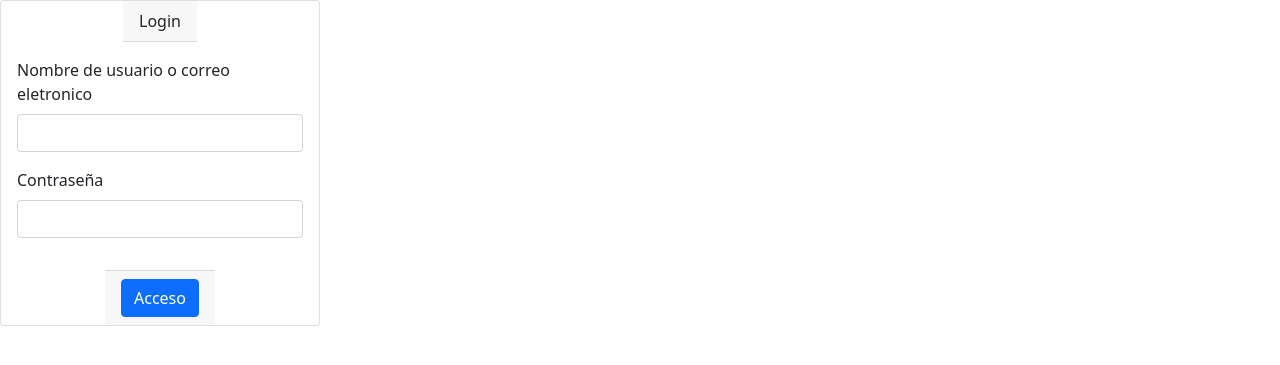
Repository: j0sh-404/control-clases-alumnos
Page: vista/login/login.html
The author's editor kept a copy of each file at every save. The page is drawn from the files as they stood at one save, then again after the next save.
The browser window is 1280 px wide. The pictures show the whole page.

Above is the page before, as saved 2022-07-09 15:15:19.

After the next save:
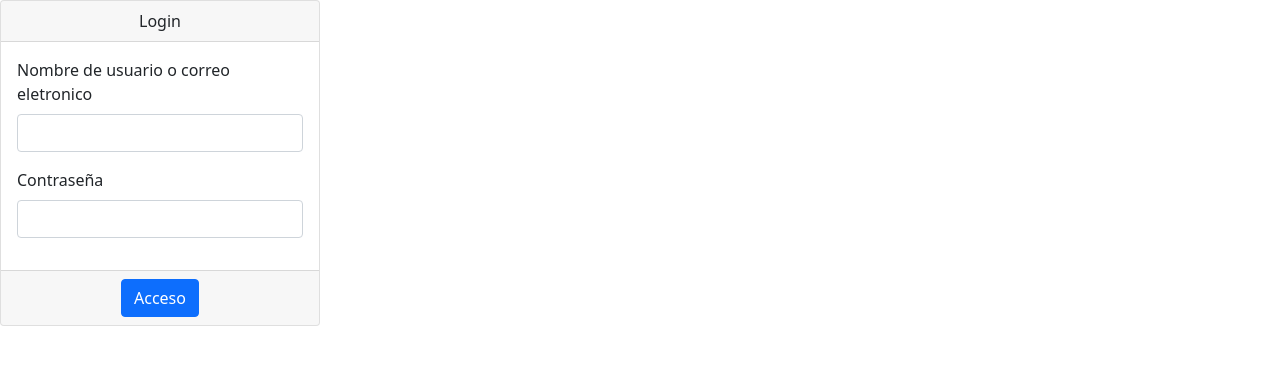
Saved 99 s later.
--- a/vista/login/login.html
+++ b/vista/login/login.html
@@ -17,7 +17,8 @@
         <button type="button" class="btn-close" data-bs-dismiss="alert" aria-label="Close"></button>
       </div>
      </div>
-    <div class="card col-sm-3 estiloTarjeta">
+    <div class="estilo-tarjeta">
+      <div class="card col-sm-3">
         <div class="card-header text-center">
           Login
         </div>
@@ -37,6 +38,7 @@
          <button class="btn btn-primary" onclick="accesoUsuario()">Acceso</button>
         </div>
       </div>
+    </div>
 <script src="https://code.jquery.com/jquery-3.6.0.js" integrity="sha256-H+K7U5CnXl1h5ywQfKtSj8PCmoN9aaq30gDh27Xc0jk=" crossorigin="anonymous"></script>
 <script>
    $('#alertaError').hide();
